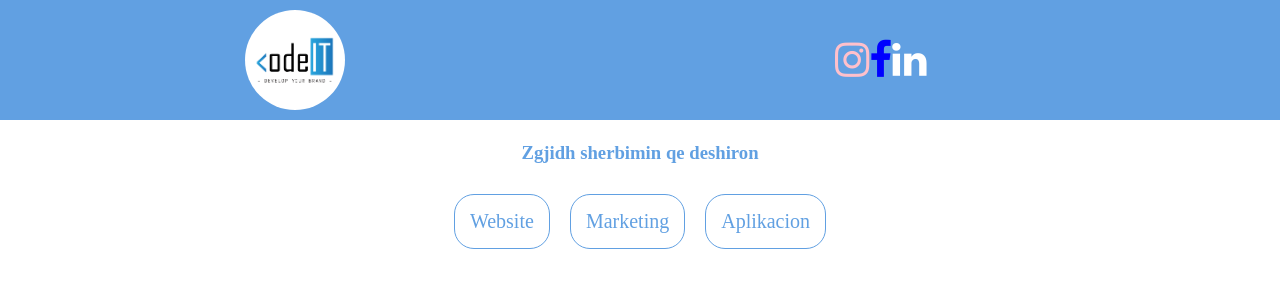
Repository: Edes2128/CODEIT-FINAL
Page: /
An editor plug-in stored every save of this project. The page is shown before and after the next save, followed by the edit.
The browser window is 1280 px wide. The pictures show the whole page.
The project was rebuilt for these pictures with package versions that can differ from the ones it lists, and the page was loaded fresh each time.

Above is the page before, as saved 2020-06-29 23:37:04.

### public/index.html
<!DOCTYPE html>
<html lang="en">
  <head>
    <meta charset="utf-8" />
    <link rel="icon" href="./4.jpg" />
    <meta name="viewport" content="width=device-width, initial-scale=1" />
    <meta name="theme-color" content="#61A0E2" />
    <meta
      name="description"
      content="Web site created using create-react-app"
    />

    <link rel="apple-touch-icon" href="/public/4.jpg" />
    <!--
      manifest.json provides metadata used when your web app is installed on a
      user's mobile device or desktop. See https://developers.google.com/web/fundamentals/web-app-manifest/
    -->
    <link rel="manifest" href="/public/4.jpg" />
    <!--
      Notice the use of %PUBLIC_URL% in the tags above.
      It will be replaced with the URL of the `public` folder during the build.
      Only files inside the `public` folder can be referenced from the HTML.

      Unlike "/favicon.ico" or "favicon.ico", "%PUBLIC_URL%/favicon.ico" will
      work correctly both with client-side routing and a non-root public URL.
      Learn how to configure a non-root public URL by running `npm run build`.
    -->
    <title>CodeIT</title>
  </head>
  <body>
    <noscript>You need to enable JavaScript to run this app.</noscript>
    <div id="root"></div>
    <!--
      This HTML file is a template.
      If you open it directly in the browser, you will see an empty page.

      You can add webfonts, meta tags, or analytics to this file.
      The build step will place the bundled scripts into the <body> tag.

      To begin the development, run `npm start` or `yarn start`.
      To create a production bundle, use `npm run build` or `yarn build`.
    -->
  </body>
</html>

### src/index.js
import React from 'react';
import ReactDOM from 'react-dom';
import './index.css';
import App from './App';
import {BrowserRouter} from 'react-router-dom'
import 'font-awesome/css/font-awesome.css'

ReactDOM.render(
  <React.StrictMode>
  <BrowserRouter><App /></BrowserRouter>
  </React.StrictMode>,
  document.getElementById('root')
);

### src/index.css
*,
*::before,
*::after{
    padding: 0;
    margin: 0;
    box-sizing: border-box;
}


.App-header{
  position: relative;
  background-color: #61A0E2;
  width: 100%;
  height: 120px;
  display: flex;
  justify-content: space-around;
  align-items: center;
}

.logo{
  height: 100px;
  width: 100px;
}

.links{
  width: 200px;
  height: 100px;
  display: flex;
  align-items: center;
}

.logo img{
  width: 100px;
  height: 100px;
  border-radius: 50%;
}

.navbar{
  width: 100%;
  display: flex;
  justify-content: center;
  align-items: center;
  height: 100px;
  flex-direction: column;
  margin-top: 30px;
}
.navbar h3 {
  color: #61A0E2;

}

.navbar ul {
  list-style: none;
  display: flex;
  margin-top: 20px;
}

.navbar li{
  margin: 10px;
  border: 1px solid #61A0E2;
  padding: 15px;
  border-radius: 20px;
  font-size: 20px;
}

.navbar a {
  text-decoration: none;
  color: #61A0E2;
}

.navbar li:hover{
  color: white;
  background-color: #61A0E2;
}

### src/App.js
import React from 'react';
import NavBar from './components/navbar';


function App() {
  return (
    <div>
      <header className="App-header">
        <div className="logo"><img src="4.jpg" alt=""/></div>
        <div className="links">
        <a href="#" style={{color:"pink",fontSize:"40px"}}><i className="fa fa-instagram"></i></a>
        <a href="#" style={{color:"blue",fontSize:"40px"}}><i className="fa fa-facebook"></i></a>
        <a href="#" style={{color:"white",fontSize:"40px"}}><i className="fa fa-linkedin"></i></a>
        </div>
      </header>
      <NavBar />
    </div>
  );
}

export default App;

### src/components/navbar.jsx
import React from 'react';
import {Link} from 'react-router-dom';

const NavBar = () => {
    return (
            <nav className="navbar">
            <h3>Zgjidh sherbimin qe deshiron</h3>
            <ul>
                <Link to="/website"><li>Website</li></Link>
                <Link to="/marketing"><li>Marketing</li></Link>
                <Link to="/aplikacion"><li>Aplikacion</li></Link>
            </ul>
            </nav>
    );
}

export default NavBar;

After the next save:
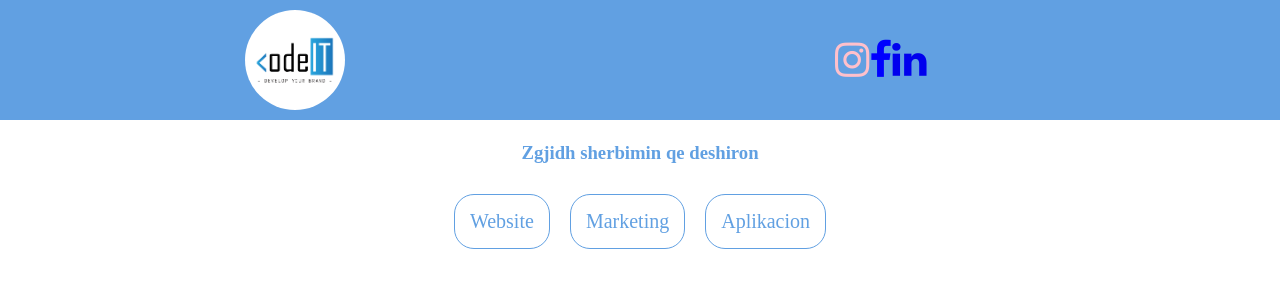
Saved 6 s later.
--- a/src/App.js
+++ b/src/App.js
@@ -10,7 +10,7 @@
         <div className="links">
         <a href="#" style={{color:"pink",fontSize:"40px"}}><i className="fa fa-instagram"></i></a>
         <a href="#" style={{color:"blue",fontSize:"40px"}}><i className="fa fa-facebook"></i></a>
-        <a href="#" style={{color:"white",fontSize:"40px"}}><i className="fa fa-linkedin"></i></a>
+        <a href="#" style={{color:"#",fontSize:"40px"}}><i className="fa fa-linkedin"></i></a>
         </div>
       </header>
       <NavBar />
